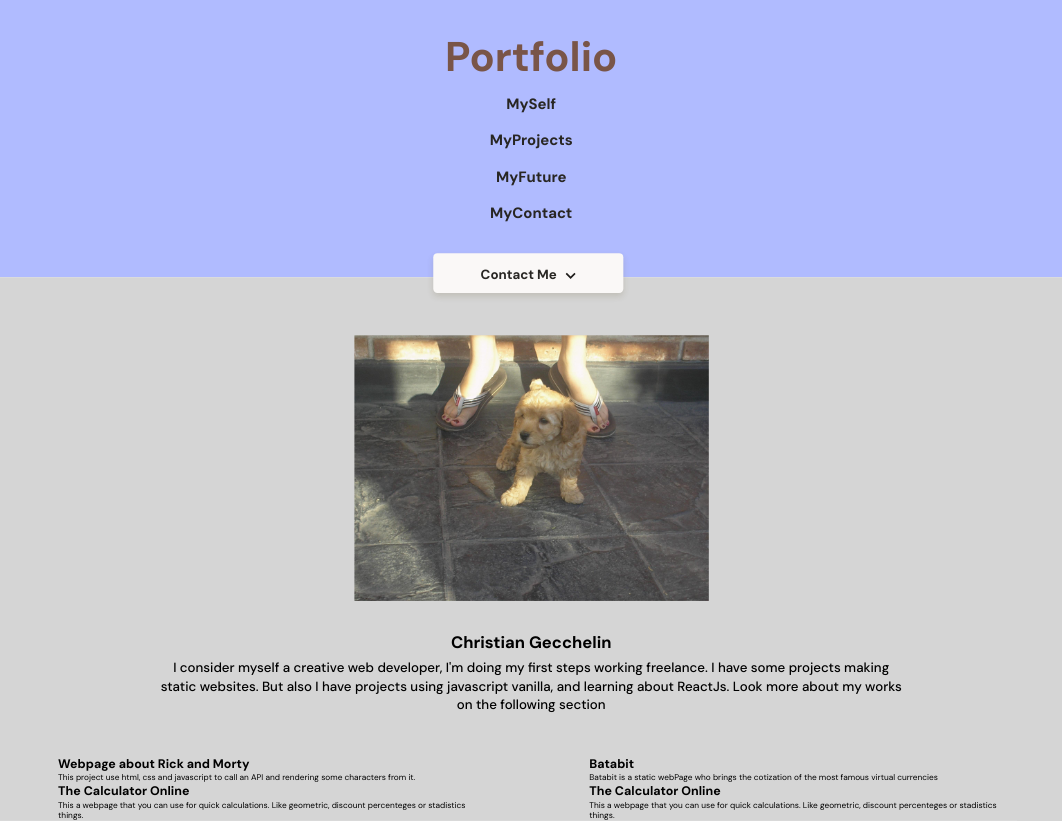
Repository: ChristianGecchelin/PortfolioOnline
Page: index.html
These files come from the project's save history. The page is drawn as it stood at one moment and after the next save; the edit follows.
The browser window is 1280 px wide. The pictures show the whole page, at 83% of full size.

Above is the page before, as saved 2022-01-10 11:10:40.

After the next save:
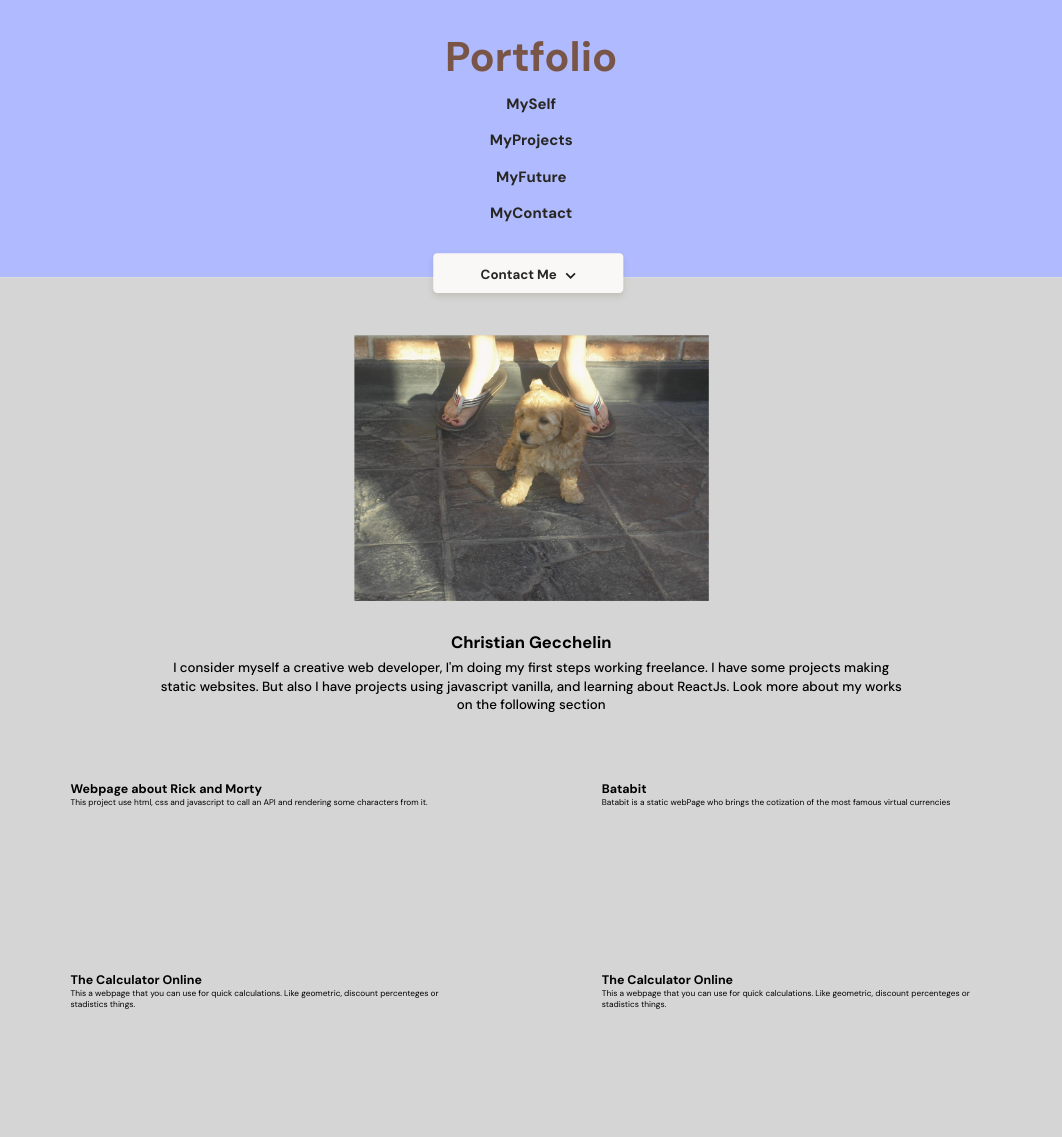
Saved 78 s later.
--- a/styles/styles.css
+++ b/styles/styles.css
@@ -142,4 +142,7 @@ main .principalContainer-mySelf {
   min-width: 288px;
   max-width: 500px;
   text-align: left;
+  height: 200px;
+  margin: 15px auto;
+  padding: 15px;
 }
